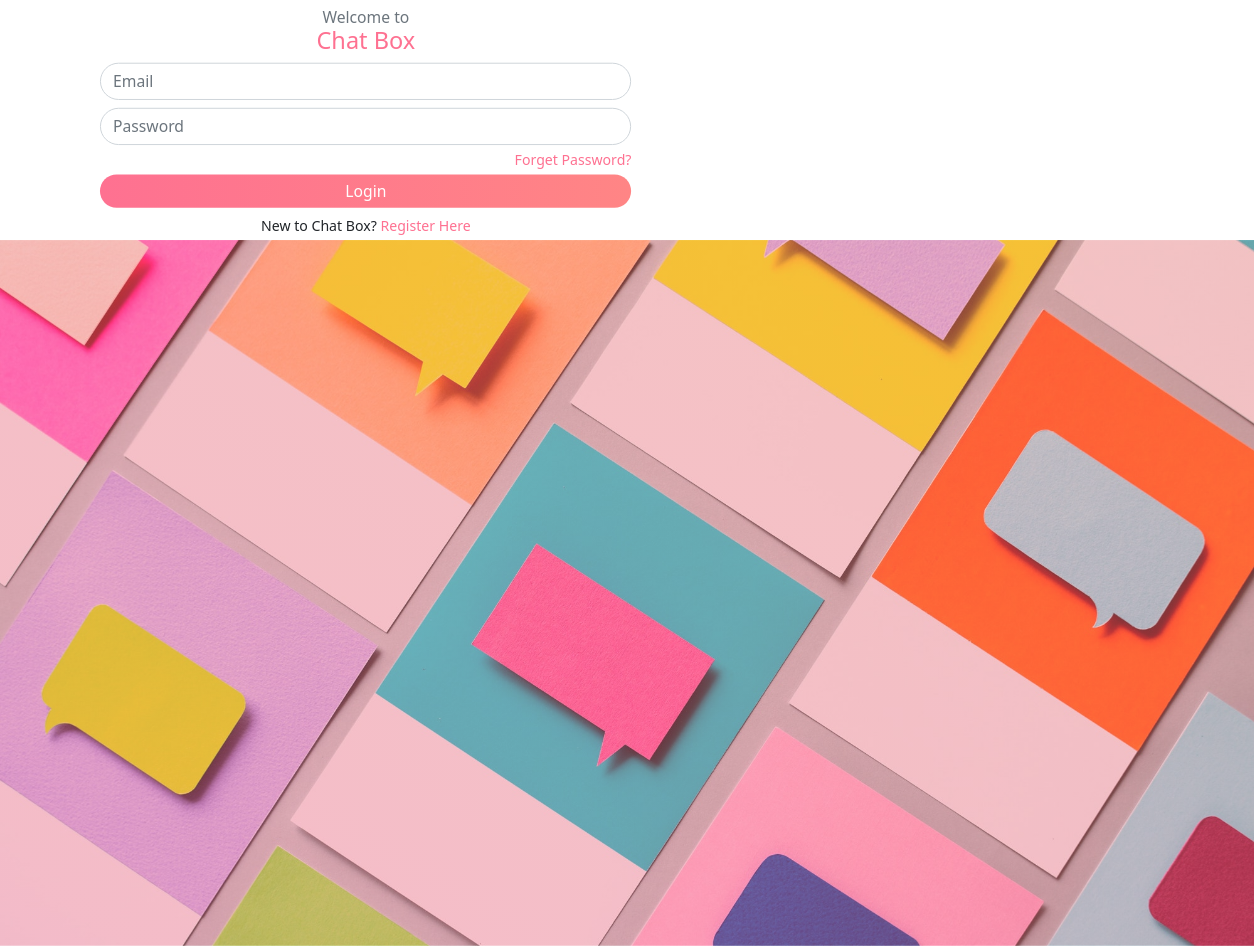
Repository: SaudCh/React-login
Page: /login
The author's editor kept a copy of each file at every save. The page is drawn from the files as they stood at one save, then again after the next save.
The browser window is 1280 px wide. The pictures show the whole page, at 98% of full size.
The project was rebuilt for these pictures with package versions that can differ from the ones it lists, and the page was loaded fresh each time. Also part of the build but not shown: src/Components/Home/Home.jsx, src/Components/Register/RegsiterCss.js, src/Components/Register/RegisterValidation.js, src/Components/Register/Register.jsx, src/Components/Shared/Header.jsx, src/Components/NotFound/NotFound.jsx.

Above is the page before, as saved 2022-02-06 15:03:26.

### src/App.js
import '../node_modules/bootstrap/dist/css/bootstrap.min.css'
import LoggedOutRouter from './Components/Router/LoggedOut';

function App() {
  return (
    <LoggedOutRouter />
  );
}

export default App;

### src/Components/Router/LoggedOut.jsx
import { Routes, Route, Outlet } from "react-router-dom";

import Home from "../Home/Home";
import Login from "../Login/Login";
import Register from "../Register/Register";
import Header from "../Shared/Header";
import NotFound from "../NotFound/NotFound";

function LoggedOutRouter() {
  return (
    <Routes>
      <Route path="/" element={<WithHeader />}>
        <Route path="/" element={<Home />} />
        <Route path="*" element={<NotFound />} />
      </Route>
      <Route path="/">
        <Route path="login" element={<Login />} />
        <Route path="register" element={<Register />} />
      </Route>
    </Routes>
  );
}
const WithHeader = () => {
  return (
    <div>
      <Header />
      <Outlet />
    </div>
  );
};

export default LoggedOutRouter;

### src/Components/Login/Login.jsx
import React, { useState } from "react";
import "./Login.css";
import { formStyle } from "./logincss";
import axios from "axios";
import { loginValidation } from "./loginValidation";
import { Link } from "react-router-dom";

export default function Login() {
  const [email, setEmail] = useState();
  const [password, setPassword] = useState();
  const [error, setError] = useState("");

  const formSubmit = (e) => {
    setError("");
    e.preventDefault();
    const data = {
      email: email,
      password: password,
    };

    const errors = loginValidation(data);

    if (Object.keys(errors).length !== 0) {
      setError(errors);
      return;
    }

    axios
      .post("http://localhost:5000/api/user/login", data)
      .then(function (response) {
        console.log(response);
      })
      .catch(function (error) {
        let err;
        if (error.response) {
          err = error.response.data.message;
        } else if (error.request) {
          err = error.toJSON().message;
        } else {
          err = error.message;
        }
        setError({ api: err });
      });
  };

  return (
    <div className="container-fluid">
      <div className="row align-items-center">
        <div className="col-10 col-md-7 d-flex justify-content-center">
          <form onSubmit={formSubmit} className="col-9">
            <div className="my-2 text-center">
              <h6 className="p-0 m-0 text-secondary">Welcome to</h6>
              <h4 className="p-0 m-0" style={{ color: "rgb(254, 113, 145)" }}>
                Chat Box
              </h4>
            </div>

            <div className="form-group my-2">
              {error.api && (
                <p
                  style={{ fontSize: "0.8rem" }}
                  className="text-danger p-0 m-0 mb-1 ms-3"
                >
                  {error.api}
                </p>
              )}

              <input
                style={formStyle}
                value={email}
                onChange={(email) => setEmail(email.target.value)}
                type="email"
                class="form-control"
                id="email"
                placeholder={"Email"}
              />
              {error.email && (
                <p
                  style={{ fontSize: "0.8rem" }}
                  className="text-danger p-0 m-0 ms-3"
                >
                  {error.email}
                </p>
              )}
            </div>
            <div className="form-group mt-2 mb-1">
              <input
                style={formStyle}
                value={password}
                onChange={(password) => setPassword(password.target.value)}
                type="password"
                class="form-control"
                id="password"
                placeholder="Password"
              />
              {error.password && (
                <p
                  style={{ fontSize: "0.8rem" }}
                  className="text-danger p-0 m-0 ms-3"
                >
                  {error.password}
                </p>
              )}
            </div>
            <div>
              <p
                className="text-end p-0 m-0 mb-1"
                style={{ color: "rgb(254, 113, 145)", fontSize: "0.9rem" }}
              >
                Forget Password?
              </p>
            </div>
            <div className="mb-2">
              <button className="login-btn">Login</button>
            </div>
            <div>
              <p
                className="text-center p-0 m-0 mb-1"
                style={{ fontSize: "0.9rem" }}
              >
                New to Chat Box?{" "}
                <Link
                  to="/register"
                  style={{
                    color: "rgb(254, 113, 145)",
                    textDecoration: "none",
                  }}
                >
                  Register Here
                </Link>
              </p>
            </div>
          </form>
        </div>
        <div className="col-md-5 login-background-image "></div>
      </div>
    </div>
  );
}

### src/Components/Login/Login.css
:root {
  --primary: rgba(254, 113, 145, 0.4);
  --secondary: rgba(255, 133, 133, 0.4);
}
.login-background-image {
  height: 100vh;
  width: 100vw;

  background: linear-gradient(to top right, var(--primary), var(--secondary)),
    url("../Images/back.jpg") no-repeat center center / cover;
}

.login-btn {
  width: 100%;
  border: none;
  border-radius: 25px;
  padding: 5px 0;
  color: white;
  background: linear-gradient(
    to right,
    rgb(254, 113, 145),
    rgb(255, 133, 133)
  );
}

input:hover,
input:active,
input:focus,
input:-webkit-autofill {
  outline: 0px !important;
  -webkit-appearance: none;
  box-shadow: none !important;
}
input:-webkit-autofill,
input:-webkit-autofill:focus {
  transition: background-color 600000s 0s, color 600000s 0s;
}

### src/Components/Login/logincss.js
export const formStyle = {
    backgroundColor: "transparent",
    borderRadius: 25,
};

### src/Components/Login/loginValidation.js
export const loginValidation = (data) => {
    let errors = {};

    if (!data.email) {
        errors.email = "Email Is Required."
    }
    else if (!/\S+@\S+\.\S+/.test(data.email)) {
        errors.email = "Invalid Email"
    }
    if (!data.password) {
        errors.password = "Password is required."
    }
    else if (data.password.length < 6) {
        errors.password = "Password Must be more than Six Characters"
    }
    return errors;

}

### src/Components/Register/Register.css
.background-image {
  background-image: linear-gradient(rgba(0, 0, 0, 0.2), rgba(0, 0, 0, 0.2)),
    url("../Images/back.jpg");
  background-position: center;
  background-repeat: no-repeat;
  background-size: cover;

  height: 100vh;
  justify-content: center;
  align-items: center;

  position: relative;
  z-index: 1;
}
.background-image::before {
  content: "";
  position: absolute;
  background: inherit;
  top: 0;
  bottom: 0;
  left: 0;
  right: 0;
  filter: blur(1px);
  z-index: -1;
}

.background-text {
  padding: 20px 0px;
  display: flex;
  justify-content: center;
  align-items: center;

  box-shadow: 0 0 1rem 0 rgba(0, 0, 0, 0.2);
  position: relative;
  background: inherit;
  z-index: 1;
}
.background-text::before {
  content: "";
  position: absolute;
  background: inherit;
  top: 0;
  bottom: 0;
  left: 0;
  right: 0;
  box-shadow: inset 0 0 2000px rgba(255, 255, 255, 0.3);
  /* filter: blur(1px); */
  z-index: -1;
}

input:hover,
input:active,
input:focus,
input:-webkit-autofill {
  outline: 0px !important;
  -webkit-appearance: none;
  box-shadow: none !important;
}
input:-webkit-autofill,
input:-webkit-autofill:focus {
  transition: background-color 600000s 0s, color 600000s 0s;
}

Loaded but not shown: public/index.html (common file); src/index.js (common file); src/index.css (common file); src/reportWebVitals.js (common file)

After the next save:
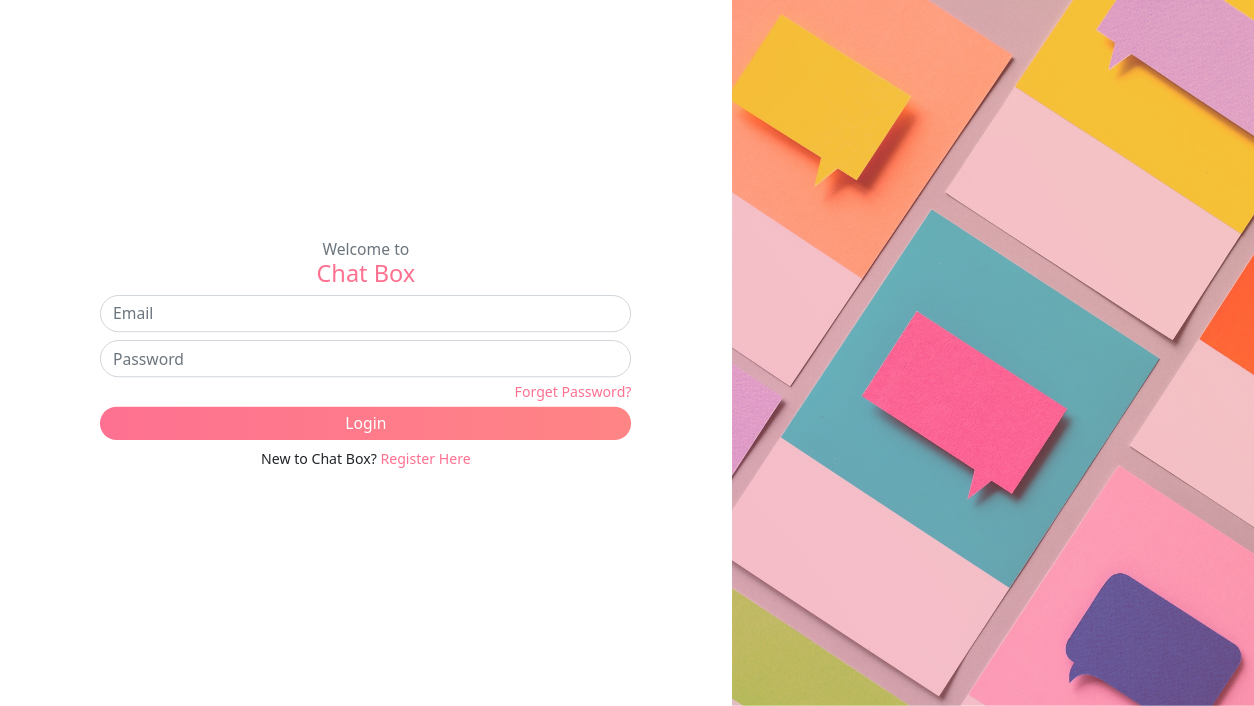
Saved 53 s later.
--- a/src/Components/Login/Login.css
+++ b/src/Components/Login/Login.css
@@ -4,7 +4,6 @@
 }
 .login-background-image {
   height: 100vh;
-  width: 100vw;
 
   background: linear-gradient(to top right, var(--primary), var(--secondary)),
     url("../Images/back.jpg") no-repeat center center / cover;
